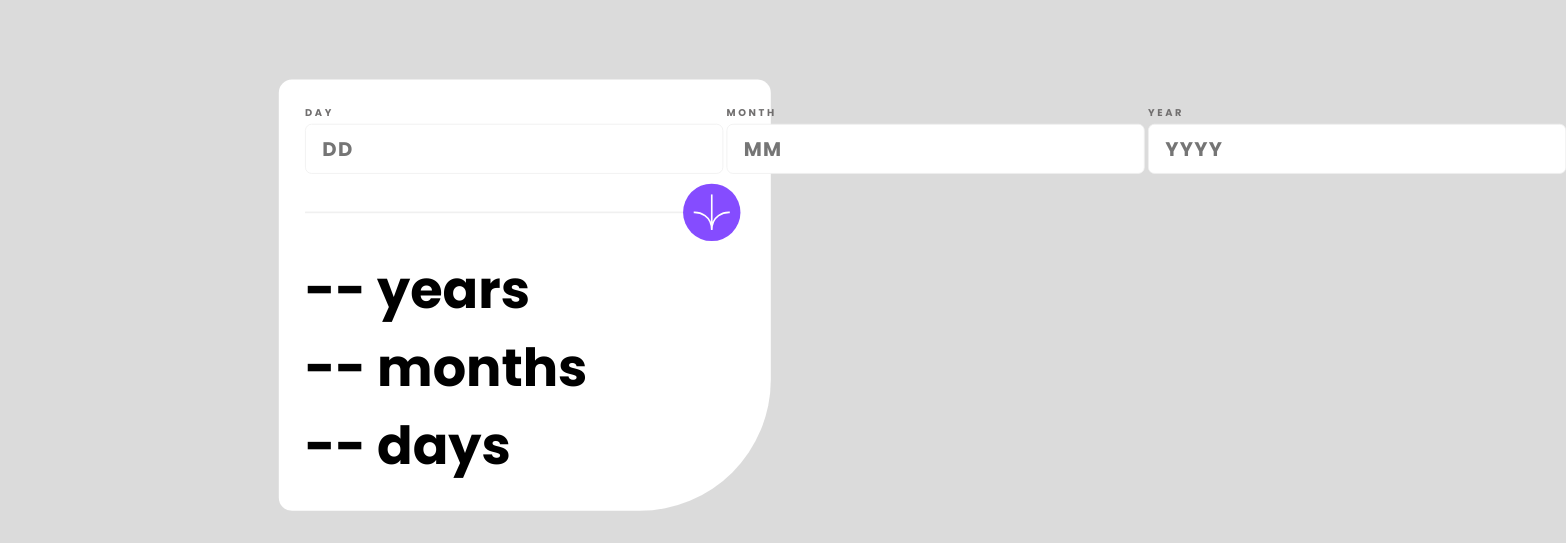
Repository: blordeus/age-calculator-app
Page: /
The author's editor kept a copy of each file at every save. The page is drawn from the files as they stood at one save, then again after the next save.
The browser window is 1280 px wide. The page is 1910 px wide, so the pictures cover 1910 px, including what lies to the right of the window. The pictures show the whole page, at 82% of full size.
The project was rebuilt for these pictures with package versions that can differ from the ones it lists, and the page was loaded fresh each time.

Above is the page before, as saved 2023-08-23 15:52:21.

### src/App.js
 import { useState } from "react";
 import "./style.css";

 import arrowIcon from './images/icon-arrow.svg'

const App = () => {
  const [formData, setFormData] = useState({
    day: "",
    month: "",
    year: "",
  });

  const [formErrors, setFormErrors] = useState({
    day: "",
    month: "",
    year: "",
    generic: "",
  });

  const [output, setOutput] = useState({
    days: "",
    months: "",
    years: "",
  });

  const hasErrors = formErrors.day || formErrors.month || formErrors.year || formErrors.generic;

  return (
    <div className="card-container">
      <div className="inputs-container">
      <div className="input-label-container">
        <label htmlFor="day" style={{
          color: hasErrors ? "hsl(0,100%,67%)" : "hsl(0,1%,44%)",
        }}>Day</label>
        <input
        type="number"
        id="day"
        placeholder="DD"
        min={1}
        value={formData.day}
        style={{
          border: hasErrors
          ? '1px solid hsl(0,100%,67%)'
          : '1px solid hsl(0,0%,94%)'
        }}
        onChange={(e) =>
        setFormData((prevState) =>
        ({...prevState,
          day:e.target.value}))}
        />
        {formErrors.day && <p className="error">{formErrors.day}</p>}
      </div>

      <div className="input-label-container">
        <label htmlFor="month" style={{
          color: hasErrors ? "hsl(0,100%,67%)" : "hsl(0,1%,44%)",
        }}>Month</label>
        <input
        type="number"
        id="day"
        placeholder="MM"
        min={1}
        value={formData.month}
        style={{
          border: hasErrors
          ? '1px solid hsl(0,100%,67%)'
          : '1px solid hsl(0,0%,94%)'
        }}
        onChange={(e) =>
        setFormData((prevState) =>
        ({...prevState,
          month:e.target.value}))}
        />
        {formErrors.month && <p className="error">{formErrors.month}</p>}
      </div>

      <div className="input-label-container">
        <label htmlFor="year" style={{
          color: hasErrors ? "hsl(0,100%,67%)" : "hsl(0,1%,44%)",
        }}>Year</label>
        <input
        type="number"
        id="year"
        placeholder="YYYY"
        min={1}
        value={formData.year}
        style={{
          border: hasErrors
          ? '1px solid hsl(0,100%,67%)'
          : '1px solid hsl(0,0%,94%)'
        }}
        onChange={(e) =>
        setFormData((prevState) =>
        ({...prevState,
          year:e.target.value}))}
        />
        {formErrors.year && <p className="error">{formErrors.year}</p>}
      </div>
    </div>

    {formErrors.generic && (
      <p className="error generic">{formErrors.generic}</p>
    )}

<div className="divider-container">
  <div className="divider"></div>

  <button className="btn" onClick={() => null}>
    <img src={arrowIcon} alt="arrowIcon" />
  </button>
</div>

<div className="output-container">
  <h1>
    <span className="highlighted">
    {output.years === "" ? '--' : output.years}{" "}
    </span>
    {output.years === 1 ? 'year' : "years"}
    </h1>

    <h1>
    <span className="highlighted">
    {output.months === "" ? '--' : output.months}{" "}
    </span>
    {output.months === 1 ? 'month' : "months"}
    </h1>

    <h1>
    <span className="highlighted">
    {output.days === "" ? '--' : output.days}{" "}
    </span>
    {output.days === 1 ? 'day' : "days"}
    </h1>
</div>
    </div>
  );
};

export default App;

### src/style.css
@import url("https://fonts.googleapis.com/css2?family=Poppins:ital,wght@0,700;1,400;1,800&display=swap");

* {
  box-sizing: border-box;
  margin: 0;
  padding: 0;
  font-family: "Poppins", sans-serif;
}

:root {
  --Purple: hsl(259, 100%, 65%);
  --Light-red: hsl(0, 100%, 67%);
  --White: hsl(0, 0%, 100%);
  --Off-white: hsl(0, 0%, 94%);
  --Light-grey: hsl(0, 0%, 86%);
  --Smokey-grey: hsl(0, 1%, 44%);
  --Off-black: hsl(0, 0%, 8%);
}

body {
  background-color: var(--Light-grey);
  min-height: 100vh;
  display: flex;
  align-items: center;
  justify-content: center;
}

.card-container {
  width: 600px;
  border-radius: 1rem 1rem 10rem 1rem;
  background-color: var(--White);
  padding: 2rem;
  max-width: 90vw;
  margin-top: 1rem;
  margin-bottom: 1rem;
}

.inputs-container {
  display: flex;
  gap: 0.25rem;
}

.input-label-container {
  display: flex;
  flex-direction: column;
  gap: 0.25rem;
  flex: 1;
}

.input-label-container label {
  text-transform: uppercase;
  font-size: 0.75rem;
  letter-spacing: 0.2rem;
}

.input-label-container input {
  width: 130opx;
  padding: 0.75rem 1rem 0.75rem 1.25rem;
  font-size: 1.5rem;
  color: var(--Off-black);
  border-radius: 0.5rem;
  outline: none;
  letter-spacing: 0.1rem;
}

.error {
  color: var(--Light-red);
  font-weight: 400;
  font-style: italic;
  margin-top: 0.25rem;
  letter-spacing: 0.1rem;
  font-size: 0.75rem;
}

.error.generic {
  margin-top: 0.5rem;
}

.divider-container {
  display: flex;
  align-items: center;
  margin-top: 0.75rem;
  margin-bottom: 0.75rem;
}

.divider {
  height: 2px;
  background-color: var(--Off-white);
  width: 86%;
}

.btn {
  width: 70px;
  height: 70px;
  border-radius: 50%;
  background-color: var(--Purple);
  border:none;
  cursor: pointer;
  display: flex;
  align-items: center;
  justify-content: center;
}

.btn:hover {
  background-color: var(--Off-Black);
}

.output-container h1 {
  font-size: 4rem;
  font-weight: 800;
  font-style: italix;
}

Loaded but not shown: src/index.js (common file)

After the next save:
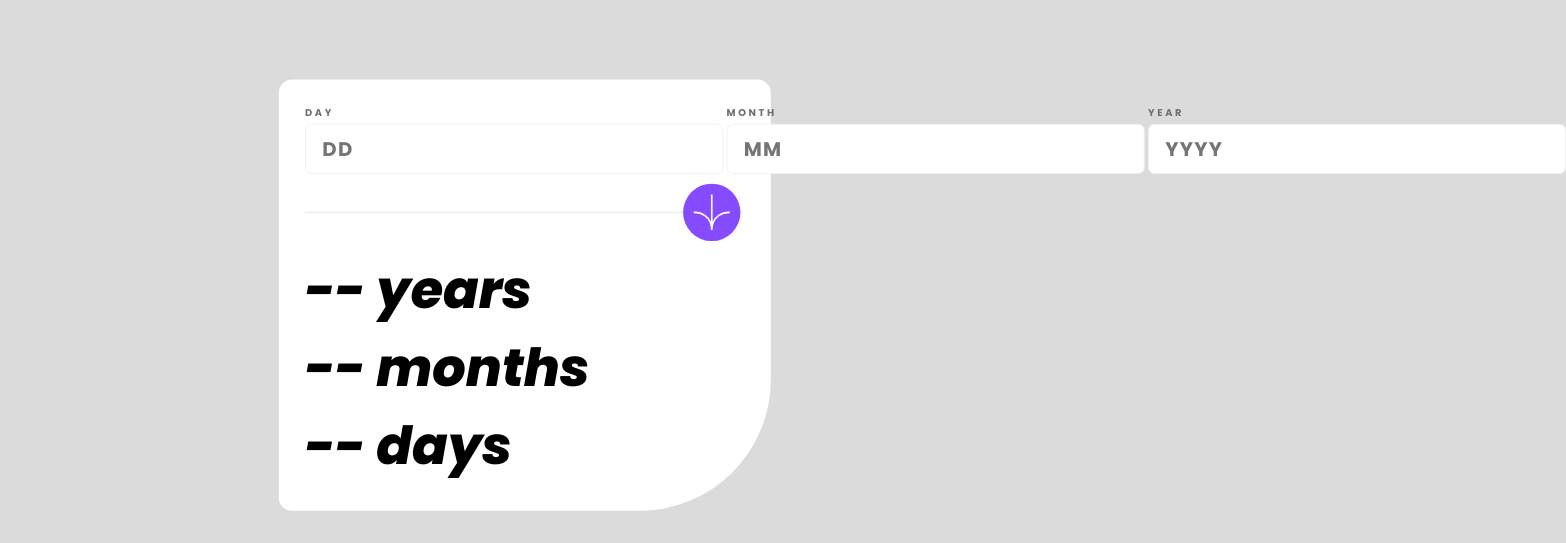
Saved 7 s later.
--- a/src/style.css
+++ b/src/style.css
@@ -108,5 +108,5 @@ body {
 .output-container h1 {
   font-size: 4rem;
   font-weight: 800;
-  font-style: italix;
+  font-style: italic;
 }
